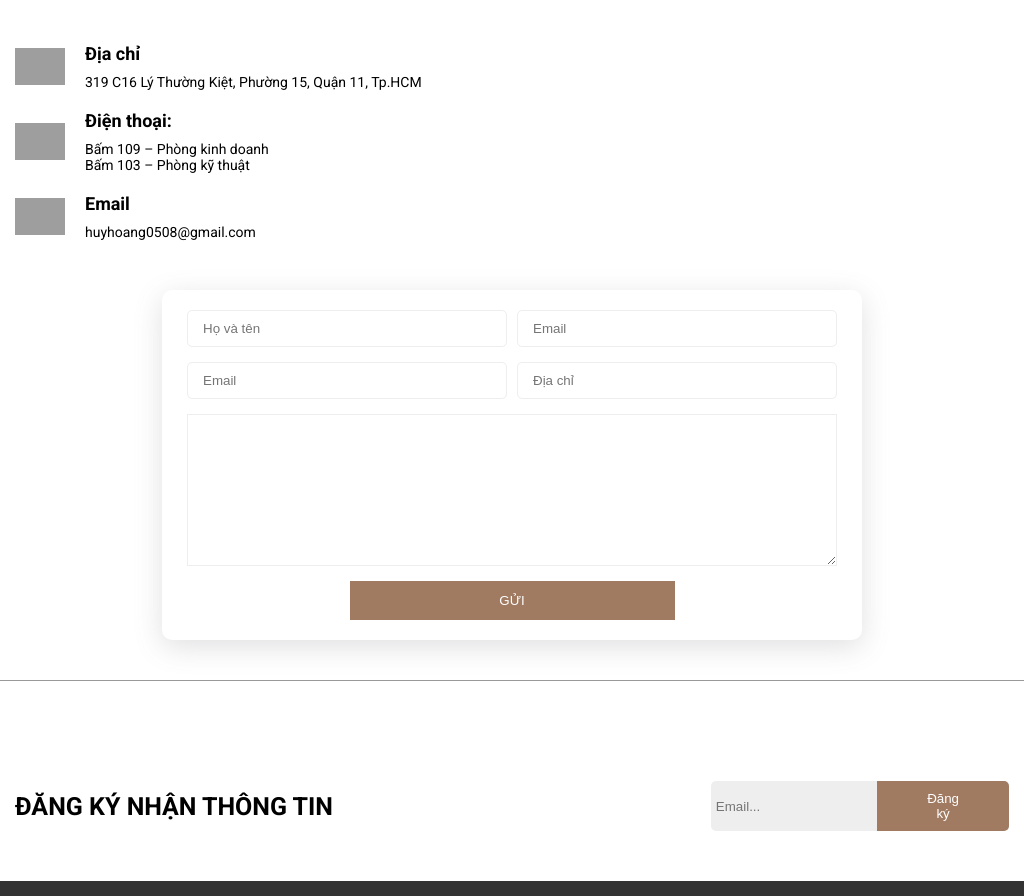
Repository: web345/WEBNANGCAO-clock-
Page: contact.html
The author's editor kept a copy of each file at every save. The page is drawn from the files as they stood at one save, then again after the next save.
The browser window is 1024 px wide. The pictures show the part of the page from y = 678 to 1574 px (the page is 2045 px tall before and 2094 px after).
Pictures or frames that could not be fetched are drawn as grey boxes. A picture or video elsewhere on the page could not be fetched, so the positions and the page height are approximate. Some web libraries are served in a nearby version.

Above is the page before, as saved 2021-09-10 21:10:03.

After the next save:
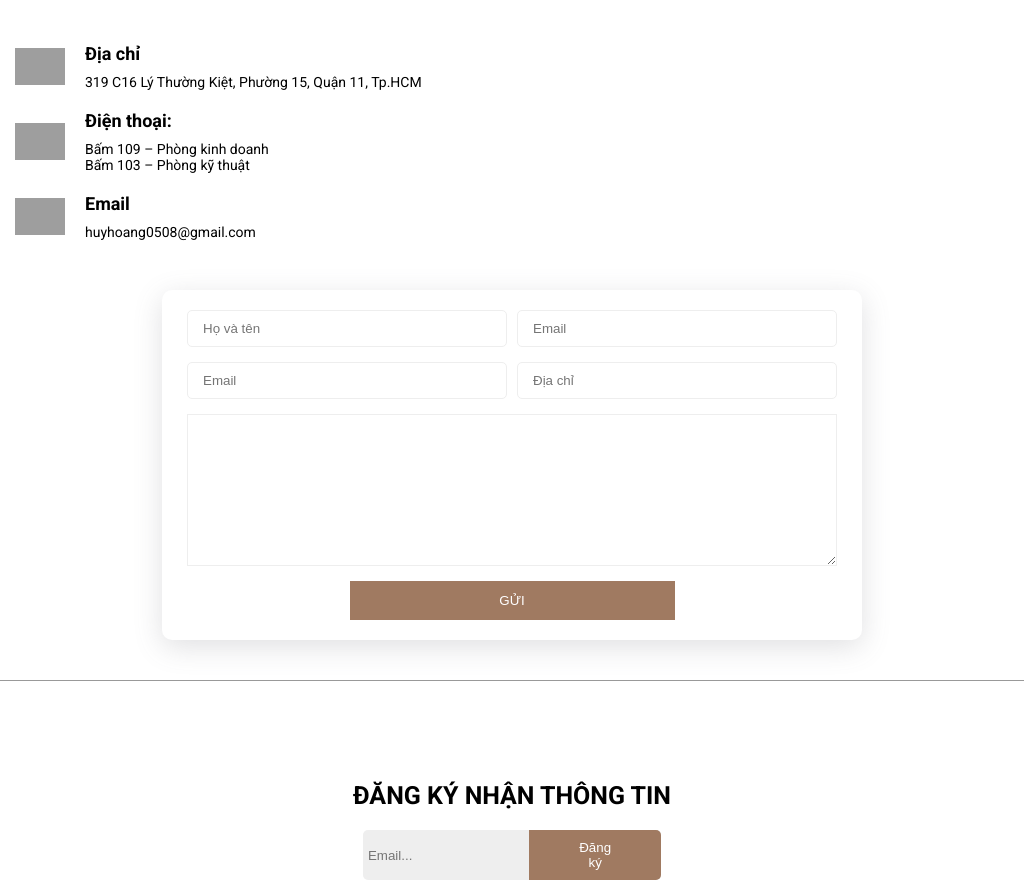
Saved 109 s later.
--- a/CSS/contact.css
+++ b/CSS/contact.css
@@ -132,4 +132,8 @@ h3.sub-info {
     flex-direction: column;
     gap: 20px;
   }
+  .email .container {
+    flex-direction: column;
+    gap: 20px;
+  }
 }
